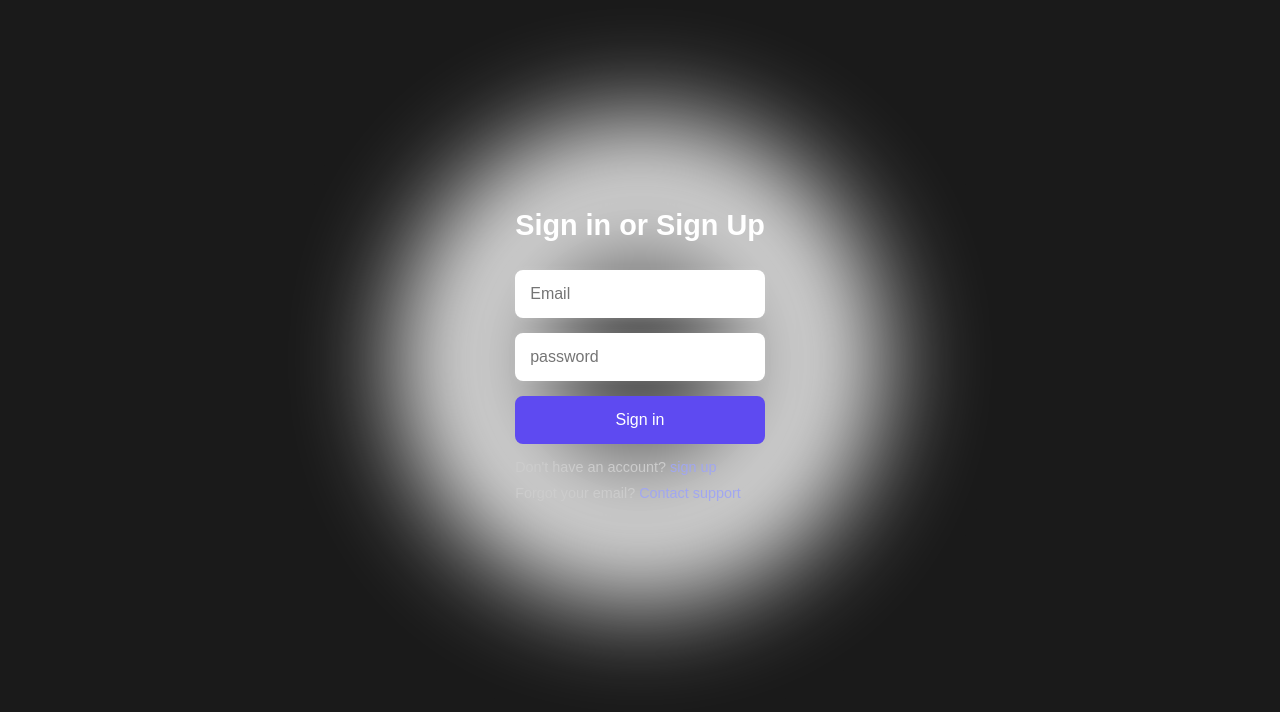
Repository: cmd-keyu/mobileppsh
Page: pages/login.html
The author's editor kept a copy of each file at every save. The page is drawn from the files as they stood at one save, then again after the next save.
The browser window is 1280 px wide. The pictures show the whole page.

Above is the page before, as saved 2024-11-12 00:17:34.

After the next save:
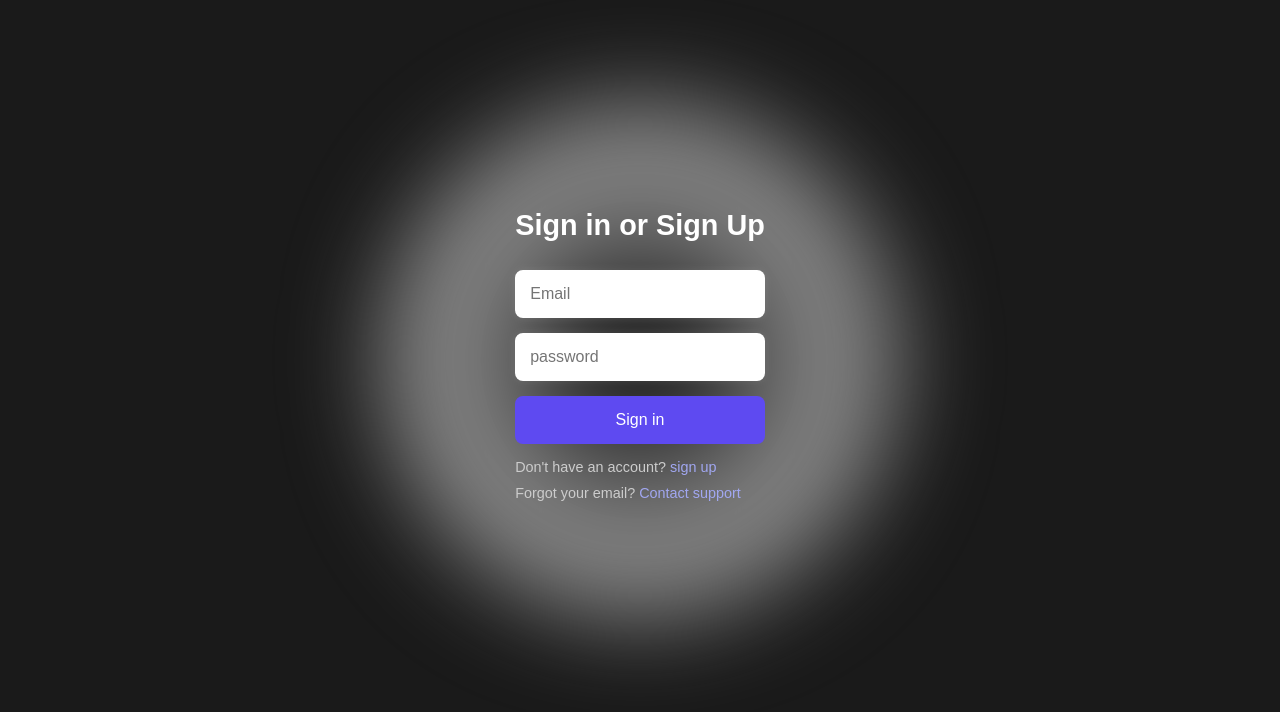
Saved 13 s later.
--- a/css/login.css
+++ b/css/login.css
@@ -27,7 +27,7 @@
     left: 50%;
     width: 500px;
     height: 500px;
-    background: radial-gradient(circle, black, white, transparent);
+    background: radial-gradient(circle, black, white);
     transform: translate(-50%, -50%);
     z-index: -1;
     border-radius: 50%;

After the save that followed:
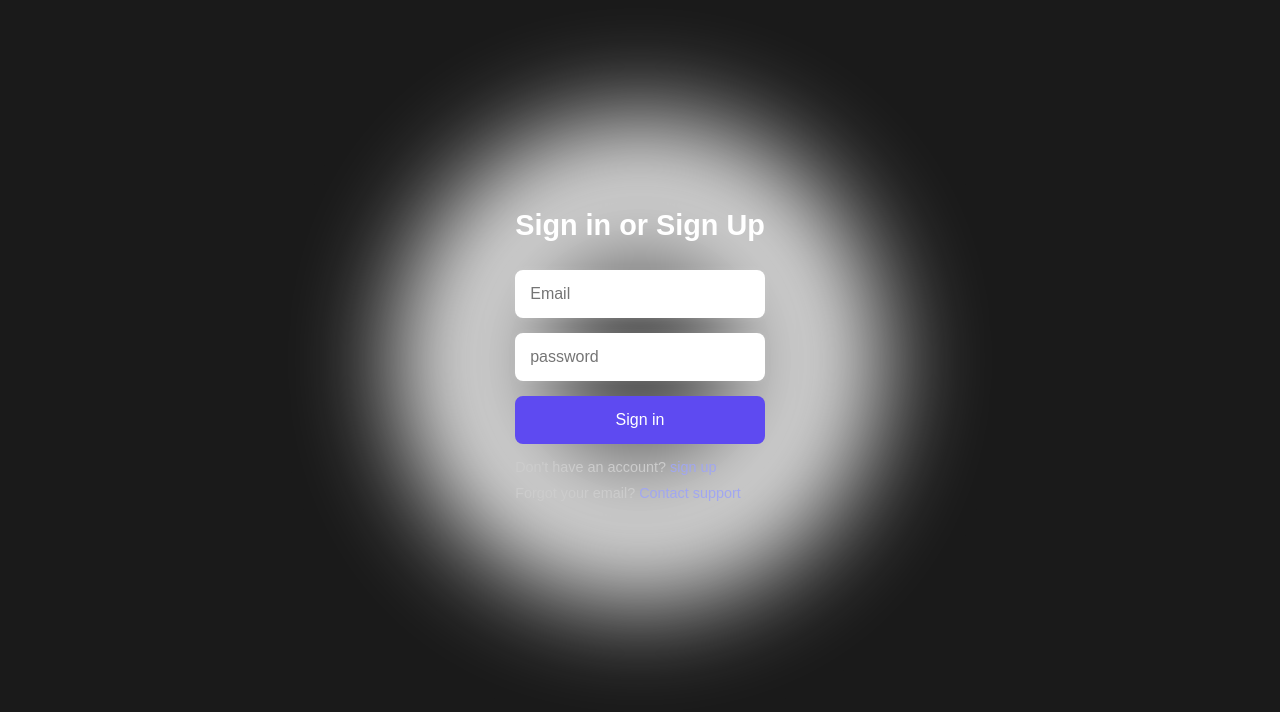
Saved 4 s later.
--- a/css/login.css
+++ b/css/login.css
@@ -27,7 +27,7 @@
     left: 50%;
     width: 500px;
     height: 500px;
-    background: radial-gradient(circle, black, white);
+    background: radial-gradient(circle, black, white, transparent);
     transform: translate(-50%, -50%);
     z-index: -1;
     border-radius: 50%;
